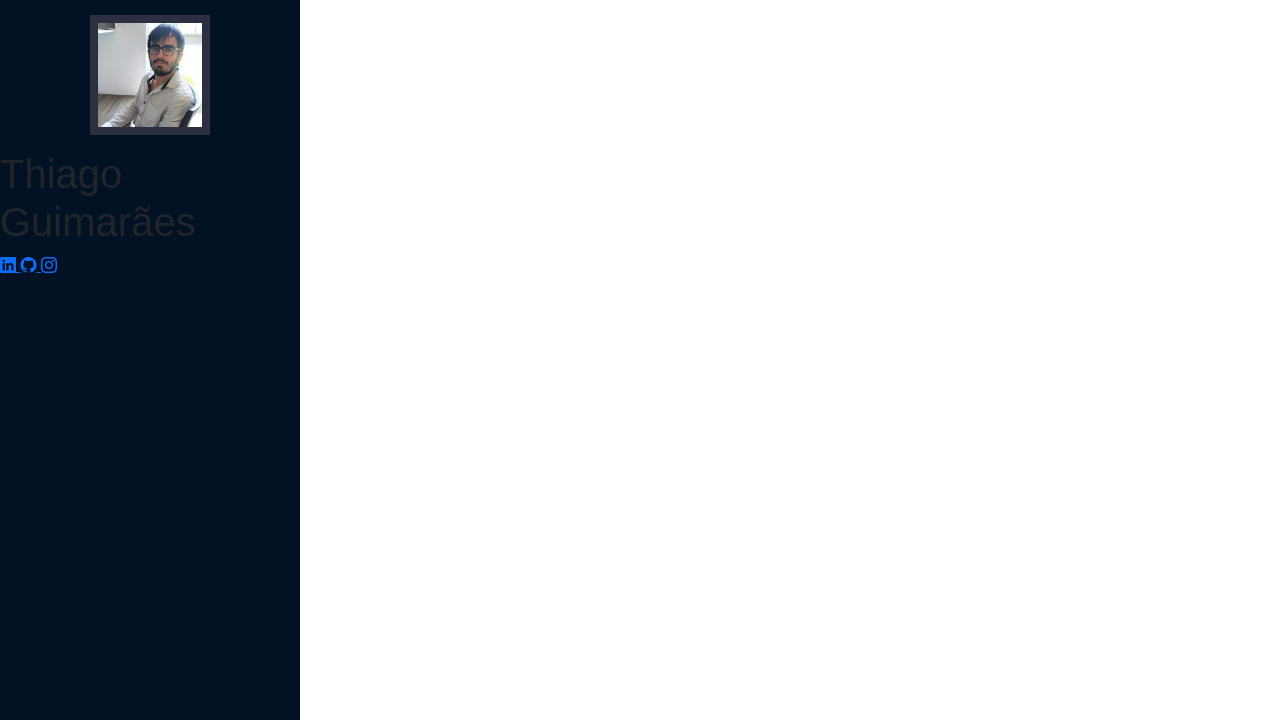
Repository: Rayago/projeto-portfolio
Page: http://localhost/
These files come from the project's save history. The page is drawn as it stood at one moment and after a run of saves; the edit follows.
The browser window is 1280 px wide. The pictures show the whole page.
Some web fonts or font styles are not loaded; a fallback is used. The page is served by the project's application, run on Flask 3 (app.py).

Above is the page before, as saved 2022-07-11 23:05:19.

### templates/index.html
<!DOCTYPE html>
<html lang="pt-br">
<head>
    <meta charset="UTF-8">
    <meta http-equiv="X-UA-Compatible" content="IE=edge">
    <meta name="viewport" content="width=device-width, initial-scale=1.0">
    <link rel="stylesheet" href="../static/bootstrap/css/bootstrap.css">
    <link rel="stylesheet" href="../static/style.css">
    <link rel="icon" type="image/png" href="../static/img">
    <link rel="stylesheet" href="https://cdn.jsdelivr.net/npm/bootstrap-icons@1.8.3/font/bootstrap-icons.css">
    <title>Thiago Guimarães</title>
</head>
<body>

    <aside id="header">
        <section class="profile">
            <img src="../static/img/meu_perfil.jpg" alt="Foto Perfil"/>
            <h1>Thiago Guimarães</h1>
            <div>
                <a href="https://www.linkedin.com/in/raymundo-thiago">
                    <i class="bi bi-linkedin"></i>
                </a>
                <a href="https://www.github.com/Rayago">
                    <i class="bi bi-github"></i>
                </a>
                <a href="https://www.instagram.com/estudatech">
                    <i class="bi bi-instagram"></i>
                </a>
            </div>
        </section>
    </aside>


    <script src="../static/bootstrap/js/bootstrap.bundle.min.js"></script>
    <script src="../static/script.js"></script>
</body>
</html>

### app.py
from flask import Flask, render_template, redirect

app = Flask(__name__)

@app.route('/')
def index():
    return render_template('index.html')

if __name__ == '__main__':
    app.run(debug=True)

### static/style.css
@import url('https://fonts.googleapis.com/css2?family=Ubuntu:ital,wght@0,300;0,400;0,500;0,700;1,300;1,400;1,500;1,700&display=swap');

html, body {
    font-family: Ubuntu, Arial;
    width: 100%;
    height: 100%;
}

#header {
    position: fixed;
    top: 0;
    left: 0;
    bottom: 0;
    background: #021124;
    overflow-y: auto;
    width: 300px;
    transition: all ease-in-out 0.5s;
}

#header .profile img {
    margin: 15px auto;
    display: block;
    width: 120px;
    border: 8px solid #2c2f3f;
}

Loaded but not shown: static/bootstrap/css/bootstrap.css (library); static/bootstrap/js/bootstrap.bundle.min.js (library); static/script.js (no stored copy; drawn as an empty file)

After the next 2 saves:
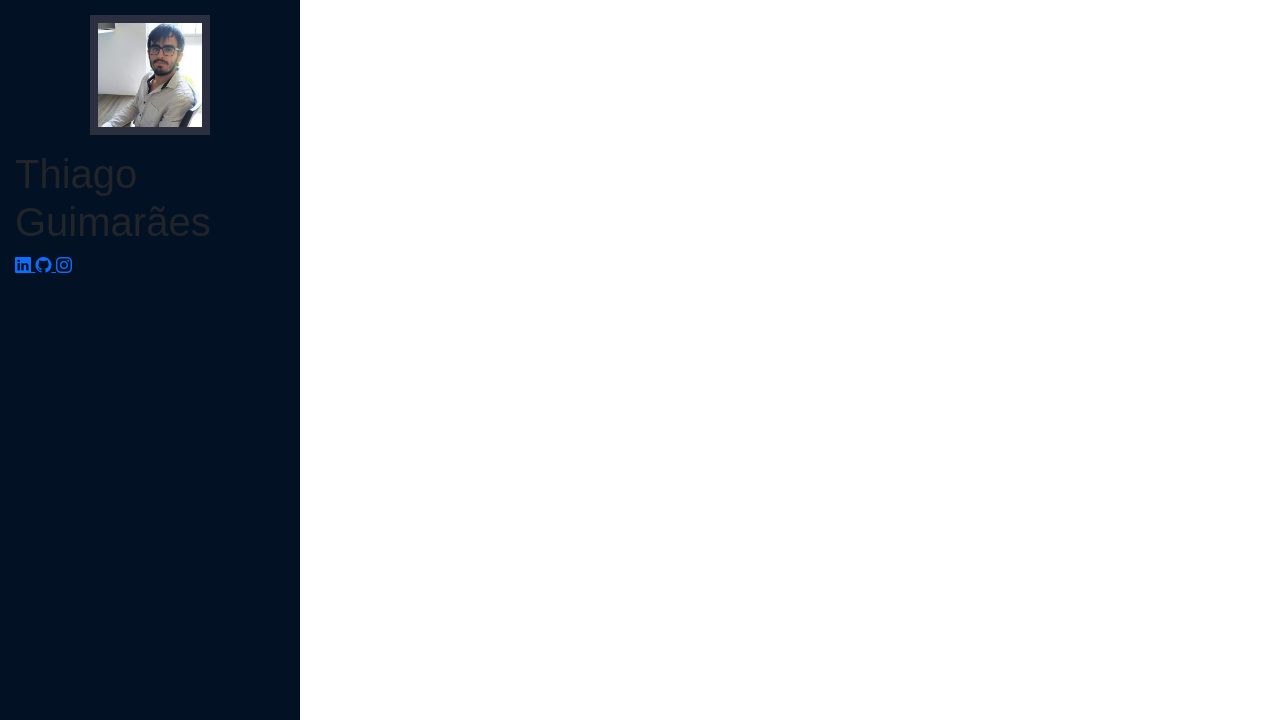
The 2 saves are shown as one change because they came seconds apart.
The last was saved 35 s later.
--- a/static/style.css
+++ b/static/style.css
@@ -15,6 +15,7 @@ html, body {
     overflow-y: auto;
     width: 300px;
     transition: all ease-in-out 0.5s;
+    padding: 0 15px;
 }
 
 #header .profile img {
